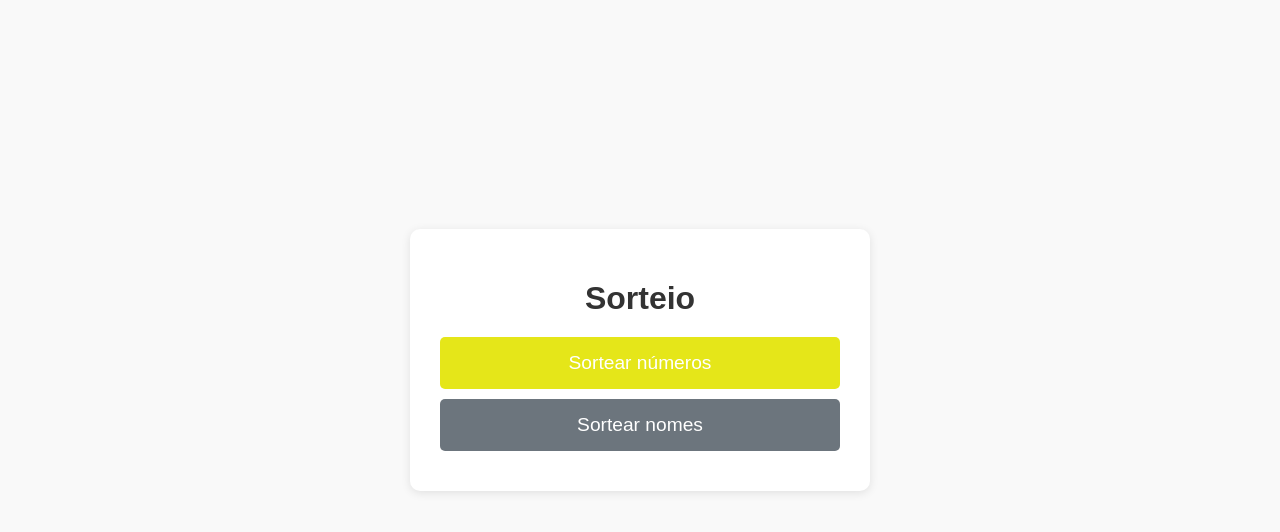
Repository: Matheus904-12/sorte
Page: index.html
These files come from the project's save history. The page is drawn as it stood at one moment and after a run of saves; the edit follows.
The browser window is 1280 px wide. The pictures show the whole page.
The pointer rests on the first visible `.options a`.

Above is the page before, as saved 2023-09-10 19:20:32.

### index.html
<!DOCTYPE html>
<html lang="pt-br">
<head>
  <meta charset="UTF-8">
  <title>Sorteio</title>
  <link rel="stylesheet" href="style.css">
<script> src="main.js" </script>
</head>
<body>
  <div class="container">
    <h1>Sorteio</h1>
    <div class="options">
      <a href="sorteio-numeros.html" class="option">Sortear números</a>
      <a href="sorteio-nomes.html" class="option">Sortear nomes</a>
    </div>
  </div>
</body>
</html>

### style.css
body {
  font-family: 'Arial', sans-serif;
  background-color: #f9f9f9;
  margin: 0;
  display: flex;
  justify-content: center;
  align-items: center;
  height: 100vh;
}

.container {
  background-color: #fff;
  border-radius: 10px;
  box-shadow: 0 2px 10px rgba(0, 0, 0, 0.1);
  padding: 30px;
  max-width: 400px;
  width: 100%;
  text-align: center;
}

h1 {
  font-size: 2em;
  margin-bottom: 20px;
  color: #333;
}

.options a {
  display: block;
  text-decoration: none;
  margin: 10px 0;
  padding: 15px 0;
  border-radius: 5px;
  background-color: #ffbd03;
  color: #fff;
  font-size: 1.2em;
  transition: background-color 0.3s;
}

.options a:hover {
  background-color: #e5e619;
}

.options a:last-child {
  background-color: #6c757d;
}

.options a:last-child:hover {
  background-color: #545b62;
}

a.btn-secondary {
  color: #fff;
  border: none;
  background-color: #6c757d;
  border-radius: 5px;
  text-decoration: none;
  font-size: 1.2em;
  padding: 10px 20px;
  transition: background-color 0.3s;
}

a.btn-secondary:hover {
  background-color: #545b62;
}

After the next 2 saves:
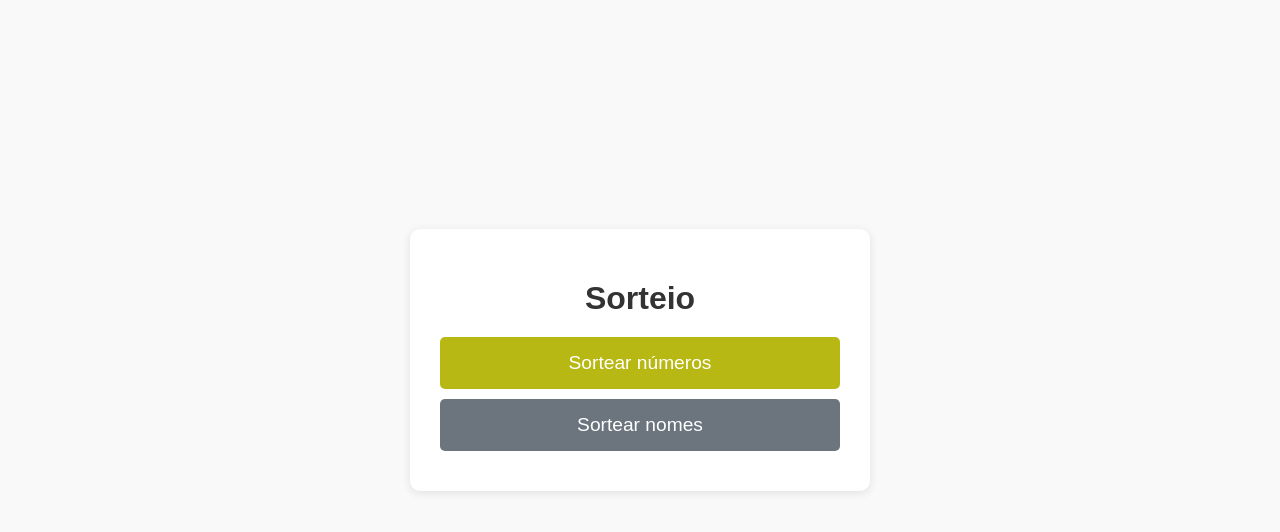
The 2 saves are shown as one change because they came seconds apart.
The last was saved 47 s later.
--- a/style.css
+++ b/style.css
@@ -37,7 +37,7 @@ h1 {
 }
 
 .options a:hover {
-  background-color: #e5e619;
+  background-color: #b8b814;
 }
 
 .options a:last-child {
